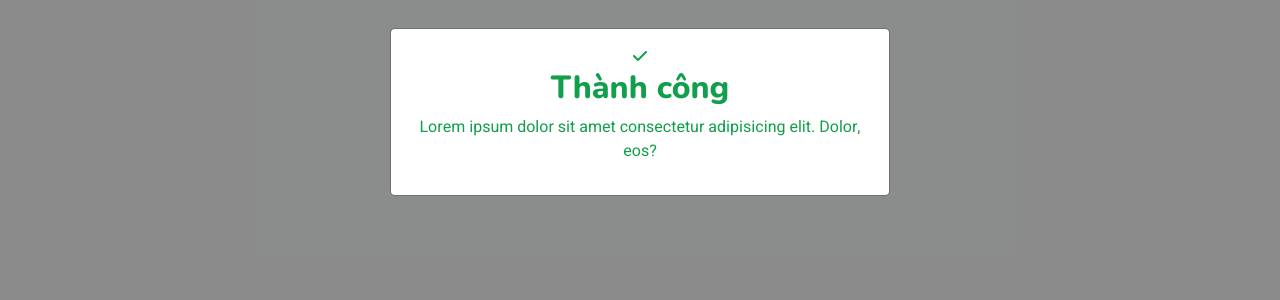
Repository: Dangtrinh28/thuymoc
Page: bookingSuccess.html
The author's editor kept a copy of each file at every save. The page is drawn from the files as they stood at one save, then again after the next save.
The browser window is 1280 px wide. The pictures show the whole page.
Some web libraries are served in a nearby version.

Above is the page before, as saved 2022-11-25 04:07:52.

After the next save:
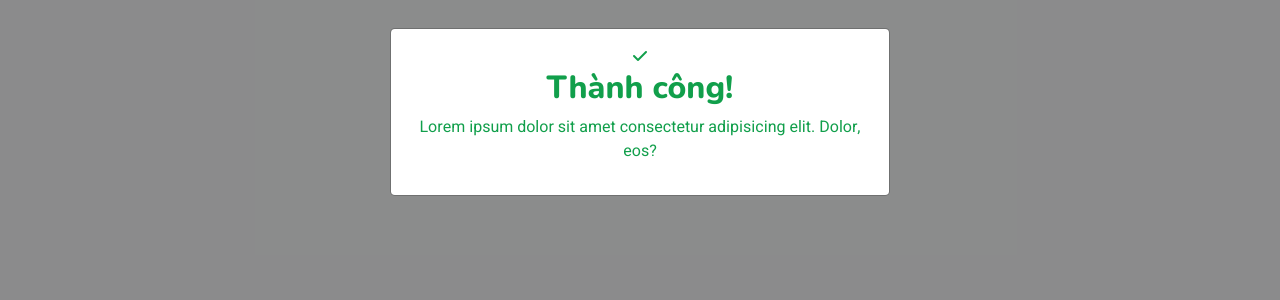
Saved 7 s later.
--- a/bookingSuccess.html
+++ b/bookingSuccess.html
@@ -41,7 +41,7 @@
                 <div class="modal-content">
                     <div class="modal-body text-primary text-center">
                         <i class="modal-body-icon fa-solid fa-check"></i>
-                        <h2 class="text-primary">Thành công</h2>
+                        <h2 class="text-primary">Thành công!</h2>
                         <p>Lorem ipsum dolor sit amet consectetur adipisicing elit. Dolor, eos?</p>
                     </div>
                 </div>
